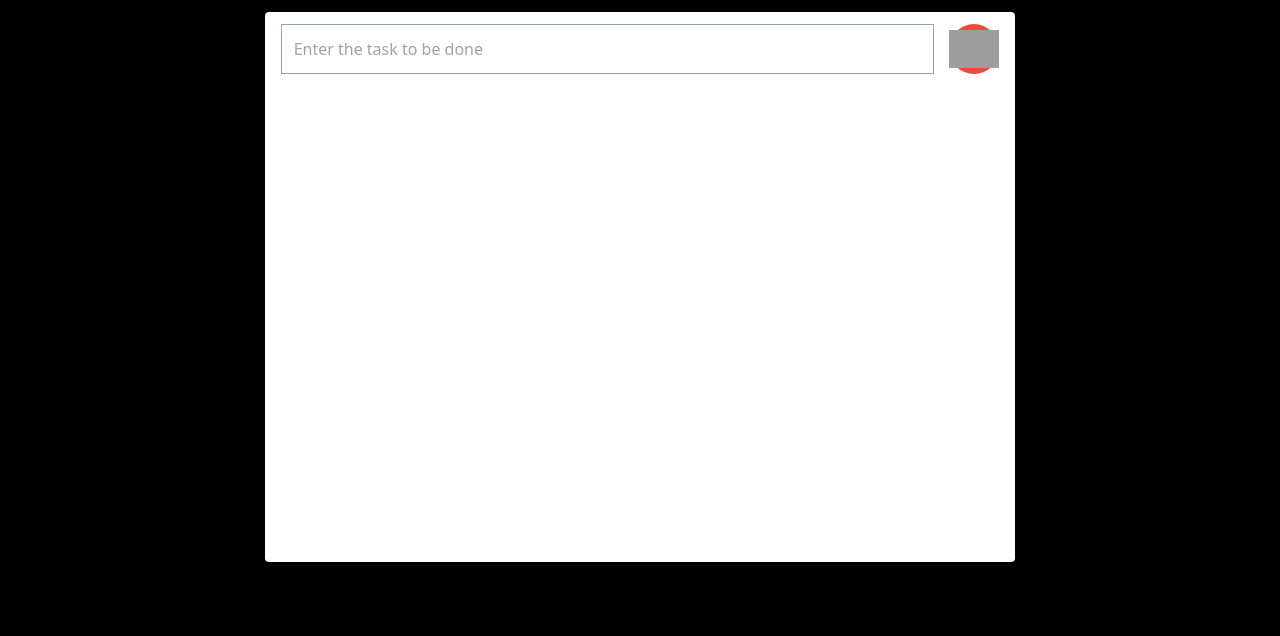
Repository: duttasayan835/todo-app-with-React-and-tailwind-CSS
Page: /
These files come from the project's save history. The page is drawn as it stood at one moment and after the next save; the edit follows.
The browser window is 1280 px wide. The pictures show the whole page.
Pictures or frames that could not be fetched are drawn as grey boxes. The project was rebuilt for these pictures with package versions that can differ from the ones it lists, and the page was loaded fresh each time. Also part of the build but not shown: src/Components/Item.jsx.

Above is the page before, as saved 2024-06-12 13:58:14.

### src/App.js
import { useState } from "react";
import Box from "./Components/Box";
import Input from "./Components/Input";

function App() {
  const [todos, setTodo] = useState([]);

  const removeTodo = (id) => {
    const newTodos = todos.filter((d, index) => {
      if (index !== id) {
        return true;
      } else {
        return false;
      }
    });
    setTodo(newTodos);
  };

  const addToDoHandler = (item) => {
    setTodo([
      ...todos,
      {
        item,
        time: new Date().toLocaleTimeString(),
      },
    ]);
  };
  return (
    <div className="h-screen p-3 bg-black ">
      <div className="max-w-[750px] min-h-[550px] shadow-2xl bg-white mx-auto rounded">
        <Input handler={addToDoHandler} />
        <Box data={todos} removeHandler={removeTodo} />
      </div>
    </div>
  );
}
export default App;

### src/Components/Box.jsx
import React from "react";
import Item from "./Item";

export default function Box(props) {
  const items = props.data.map((singleData, index) => {
    return (
      <Item
        removeHandler={props.removeHandler}
        key={index}
        id={index}
        item={singleData.item}
        time={singleData.time}
      />
    );
  });
  return (
    <div className="p-3">
      {items}
      {/* <Item />
      <Item />
      <Item />
      <Item />
      <Item />
      <Item />
      <Item /> */}
    </div>
  );
}

### src/Components/Input.jsx
import React, { useRef } from "react";

export default function Input(props) {
  const inputBox = useRef();
  return (
    <div className="flex justify-around gap-2 p-3">
      <input
        placeholder="Enter the task to be done"
        className=" w-[90%] p-3 border border-slate-400 focus:outline-none"
        type="text"
        aria-label="INPUT-TASK"
        ref={inputBox}
      />
      <div
        className="cursor-pointer w-[50px] h-[50px] bg-[#e74c3c] text-white text-3xl rounded-[50%] flex justify-center items-center"
        onClick={() => {
          props.handler(inputBox.current.value);
          inputBox.current.value = "";
        }}
      >
        <img
          src="https://cdn4.iconfinder.com/data/icons/ios-optimized-1/30/add__create__new__addition__buttons__more__round-1024.png"
          alt="add"
        />
      </div>
    </div>
  );
}

Loaded but not shown: public/index.html (common file); src/index.js (common file); src/index.css (common file); src/reportWebVitals.js (common file); tailwind.config.js (common file)

After the next save:
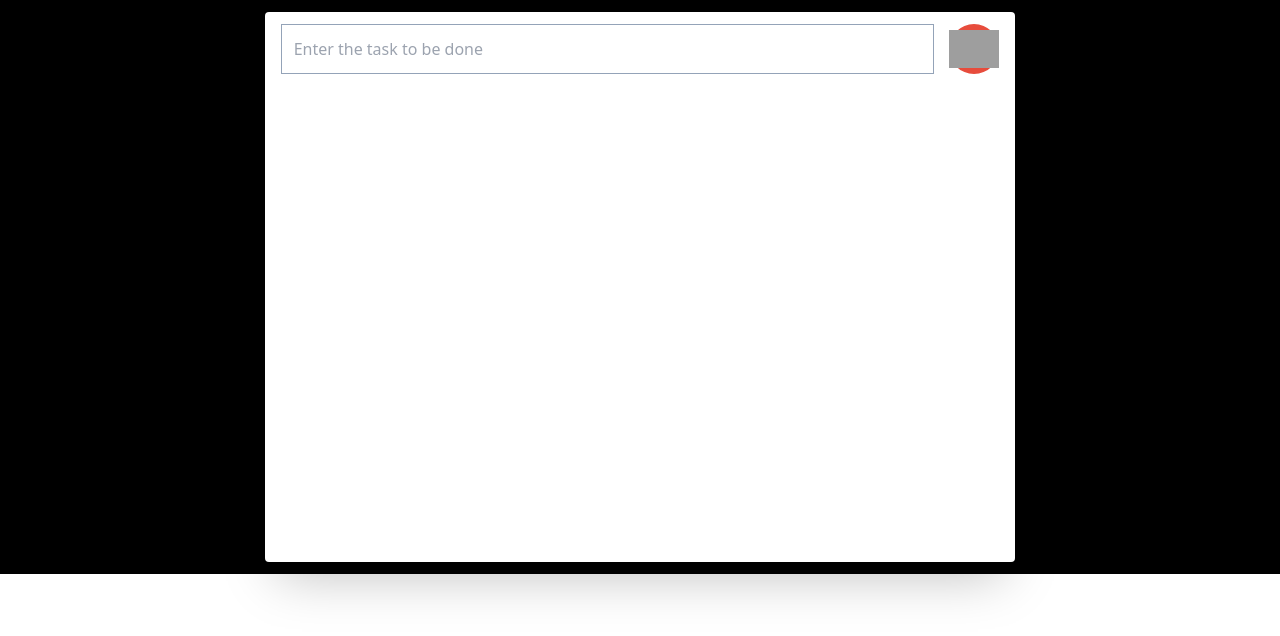
Saved 94 s later.
--- a/src/App.js
+++ b/src/App.js
@@ -26,7 +26,7 @@ function App() {
     ]);
   };
   return (
-    <div className="h-screen p-3 bg-black ">
+    <div className="h-[50%] p-3 bg-black ">
       <div className="max-w-[750px] min-h-[550px] shadow-2xl bg-white mx-auto rounded">
         <Input handler={addToDoHandler} />
         <Box data={todos} removeHandler={removeTodo} />
